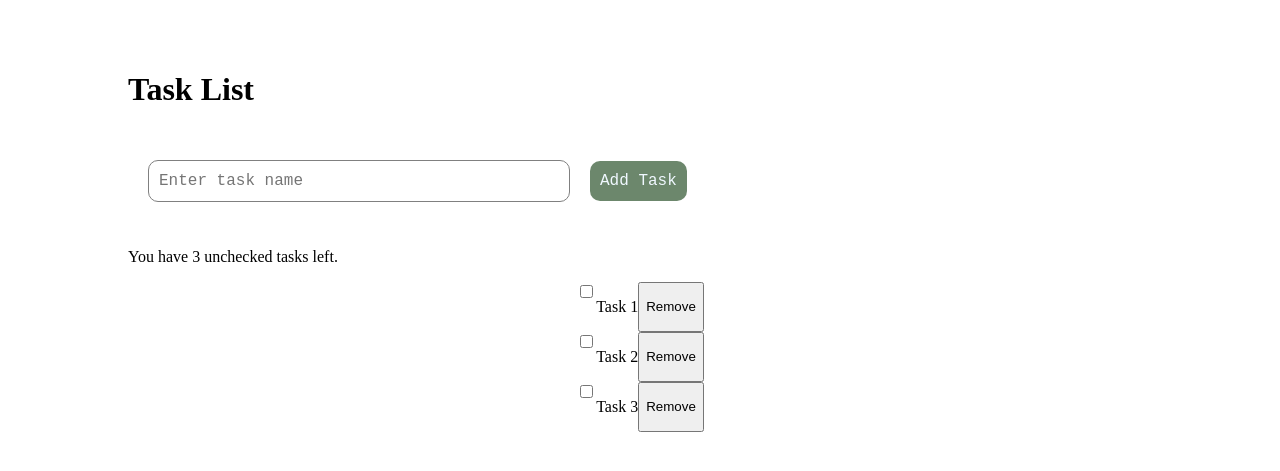
Repository: SandyLy453/task-list
Page: /
An editor plug-in stored every save of this project. The page is shown before and after the next save, followed by the edit.
The browser window is 1280 px wide. The pictures show the whole page.
The project was rebuilt for these pictures with package versions that can differ from the ones it lists, and the page was loaded fresh each time. Also part of the build but not shown: vite.config.js.

Above is the page before, as saved 2024-10-11 15:23:53.

After the next save:
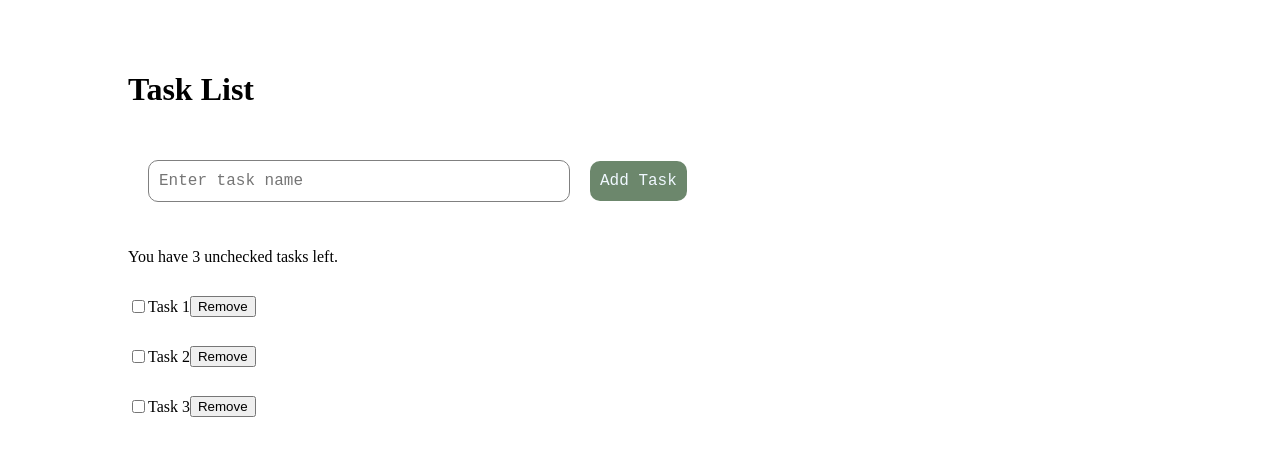
Saved 17 s later.
--- a/src/index.css
+++ b/src/index.css
@@ -36,5 +36,6 @@
 .task {
   display: flex;
   flex-direction: row;
-  justify-content: center;
+  align-items: center;
+
 }
